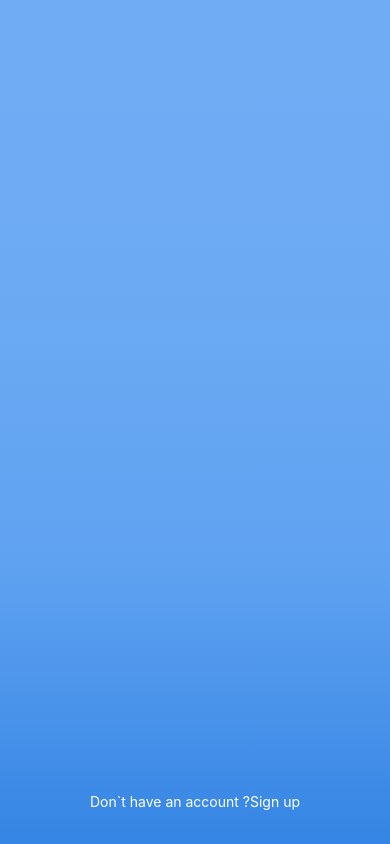
Repository: kamarajcalm/loginpage
Screen: /
The author's editor kept a copy of each file at every save. The screen is drawn from the files as they stood at one save, then again after the next save.
The app was drawn by React Native's web renderer in a window 390 px wide. The project was rebuilt for these pictures with package versions that can differ from the ones it lists, and the page was loaded fresh each time.

Above is the screen before, as saved 2021-12-25 23:48:34.

### App.js
import { StatusBar } from 'expo-status-bar';
import { StyleSheet, Text, View, TouchableOpacity } from 'react-native';
import { LinearGradient } from 'expo-linear-gradient';

export default function App() {
  return (
    <LinearGradient style={styles.container}
      colors={["#70ACF4", '#6CAAF3', "#5FA2F1", "#3585E4",]}
    >

      <StatusBar style="auto" />

      <View style={styles.content}>

      </View>
      <View style={styles.footer}>
        <View>
          <Text style={styles.text}>Don`t have an account ?</Text>
        </View>
        <TouchableOpacity>
          <Text style={styles.text}>Sign up</Text>
        </TouchableOpacity>
      </View>
    </LinearGradient>
  );
}

const styles = StyleSheet.create({
  container: {
    flex: 1,

  },

  content: {
    flex: 0.9,
    alignItems: "center",
    justifyContent: "center"
  },
  footer: {
    flex: 0.1,
    flexDirection: "row",
    alignItems: "center",
    justifyContent: "center"
  },
  text: {
    color: "#fff"
  }
});

After the next save:
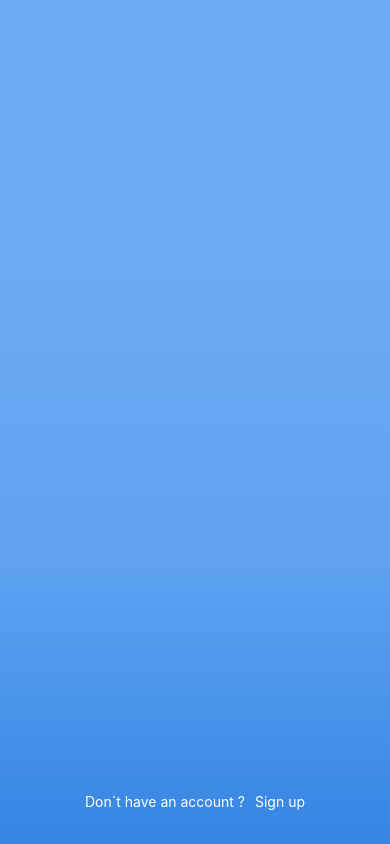
Saved 27 s later.
--- a/App.js
+++ b/App.js
@@ -17,7 +17,7 @@ export default function App() {
         <View>
           <Text style={styles.text}>Don`t have an account ?</Text>
         </View>
-        <TouchableOpacity>
+        <TouchableOpacity style={{ marginLeft: 10 }}>
           <Text style={styles.text}>Sign up</Text>
         </TouchableOpacity>
       </View>
